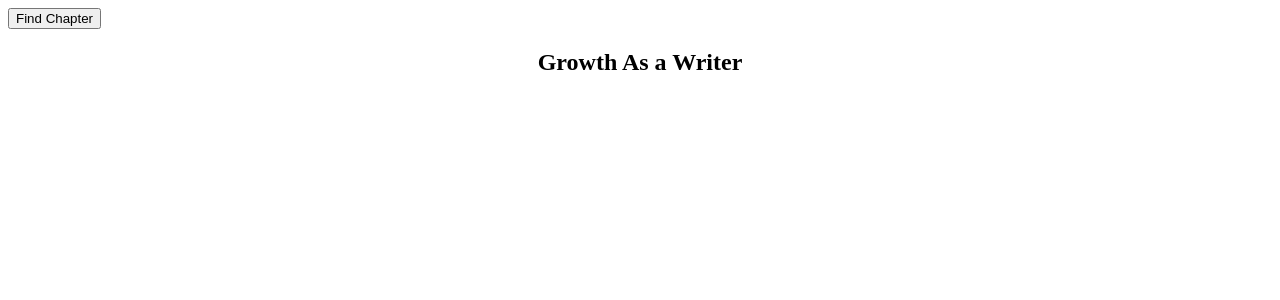
Repository: jpaisiem/WP-4
Page: index.html
An editor plug-in stored every save of this project. The page is shown before and after the next save, followed by the edit.
The browser window is 1280 px wide. The pictures show the whole page.

Above is the page before, as saved 2025-04-29 11:47:51.

### index.html
<!DOCTYPE html>
<html>
<head>
<meta name="viewport" content="width=device-width, initial-scale=1">
<style>
/* Popup container - can be anything you want */
.popup {
  position: relative;
  display: inline-block;
  cursor: pointer;
  -webkit-user-select: none;
  -moz-user-select: none;
  -ms-user-select: none;
  user-select: none;
  text-align: left;
}

/* The actual popup */
.popup .popuptext {
  visibility: hidden;
  width: fit-content;
  background-color: #555;
  color: #fff;
  text-align: left;
  border-radius: 6px;
  padding: 8px 0;
  position: absolute;
  z-index: 1;
  bottom: 125%;
  left: 50%;
  margin-left: -80px;
}

/* Popup arrow */
.popup .popuptext::after {
  content: "";
  position: absolute;
  top: 100%;
  left: 50%;
  margin-left: -5px;
  border-width: 5px;
  border-style: solid;
  border-color: #555 transparent transparent transparent;
}

/* Toggle this class - hide and show the popup */
.popup .show {
  visibility: visible;
  -webkit-animation: fadeIn 1s;
  animation: fadeIn 1s;
}

/* Add animation (fade in the popup) */
@-webkit-keyframes fadeIn {
  from {opacity: 0;}
  to {opacity: 1;}
}

@keyframes fadeIn {
  from {opacity: 0;}
  to {opacity:1 ;}
}
</style>
</head>
<body style="text-align:center">



<div class="popup" onclick="myFunction()" style=" text-align: left; display: flex; flex-direction: row;"><button>Find Chapter</button>
  <span class="popuptext" id="myPopup"> <table>
    <tr>
      <td><a href="#">Chapter 1</a></td>
      <td><a href="#">Chapter 2</a></td>
      <td><a href="#">Chapter 3</a></td>
    </tr>
    <tr>
      <td><a href="#">Chapter 4</a></td>
      <td><a href="#">Chapter 5</a></td>
      <td><a href="#">Chapter 6</a></td>
    </tr>
  </table></span>
</div>
<h2>Growth As a Writer</h2>
<script>
// When the user clicks on div, open the popup
function myFunction() {
  var popup = document.getElementById("myPopup");
  popup.classList.toggle("show");
}
</script>

</body>
</html>

After the next save:
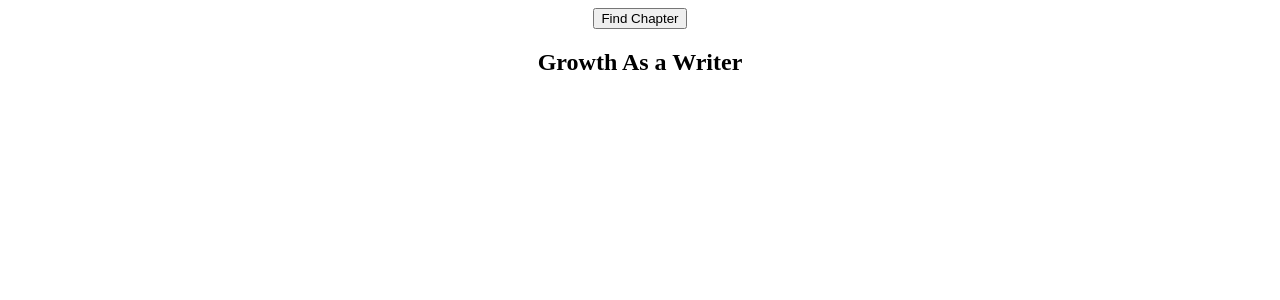
Saved 21 s later.
--- a/index.html
+++ b/index.html
@@ -66,7 +66,7 @@
 
 
 
-<div class="popup" onclick="myFunction()" style=" text-align: left; display: flex; flex-direction: row;"><button>Find Chapter</button>
+<div class="popup" onclick="myFunction()" ><button>Find Chapter</button>
   <span class="popuptext" id="myPopup"> <table>
     <tr>
       <td><a href="#">Chapter 1</a></td>

After the save that followed:
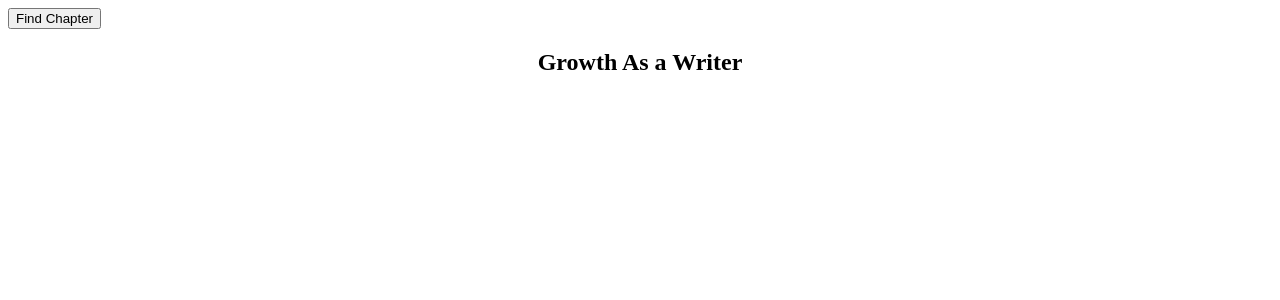
Saved 7 s later.
--- a/index.html
+++ b/index.html
@@ -66,7 +66,7 @@
 
 
 
-<div class="popup" onclick="myFunction()" ><button>Find Chapter</button>
+<div class="popup" onclick="myFunction()" style=" text-align: left; display: flex; flex-direction: row;"><button>Find Chapter</button>
   <span class="popuptext" id="myPopup"> <table>
     <tr>
       <td><a href="#">Chapter 1</a></td>
